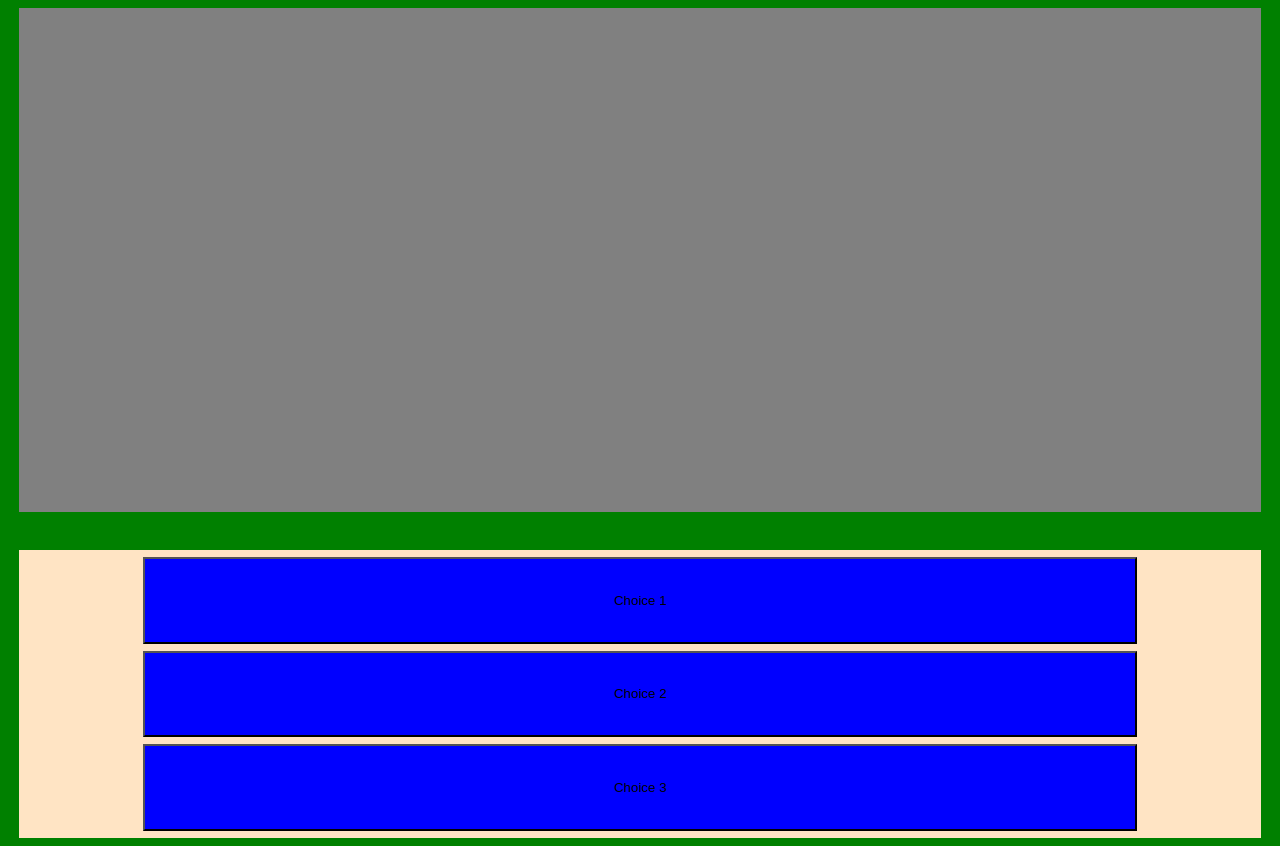
Repository: nguyenlejoe/Dynamic_notSoSherlock
Page: MultiChoice/MultiChoice.html
An editor plug-in stored every save of this project. The page is shown before and after the next save, followed by the edit.
The browser window is 1280 px wide. The pictures show the whole page.

Above is the page before, as saved 2020-03-05 18:44:50.

After the next save:
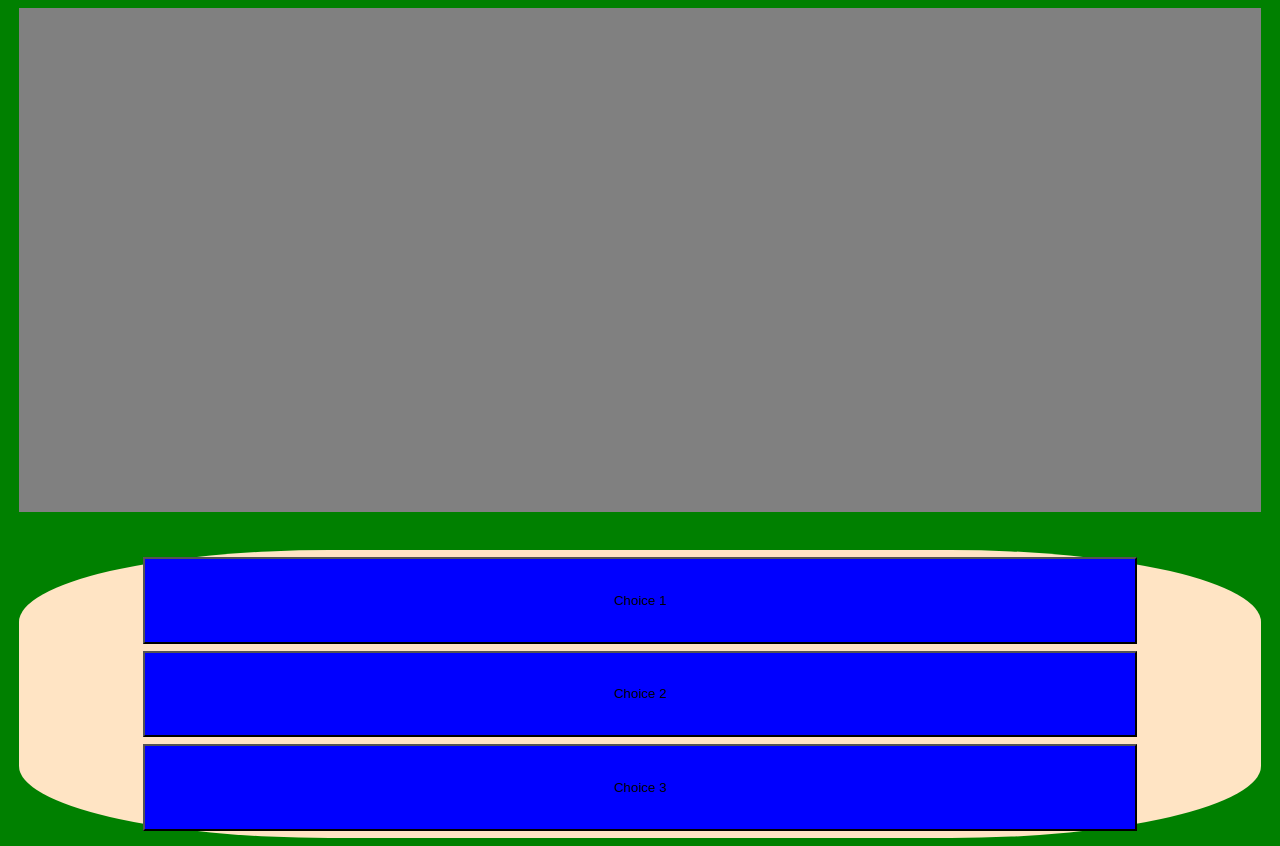
Saved 45 s later.
--- a/MultiChoice/MultiChoice.css
+++ b/MultiChoice/MultiChoice.css
@@ -24,6 +24,7 @@
     justify-content: space-evenly;
     justify-items: center;
     align-items: center;
+    border-radius: 25%;
 }
 
 .InductiveChoice{

After the save that followed:
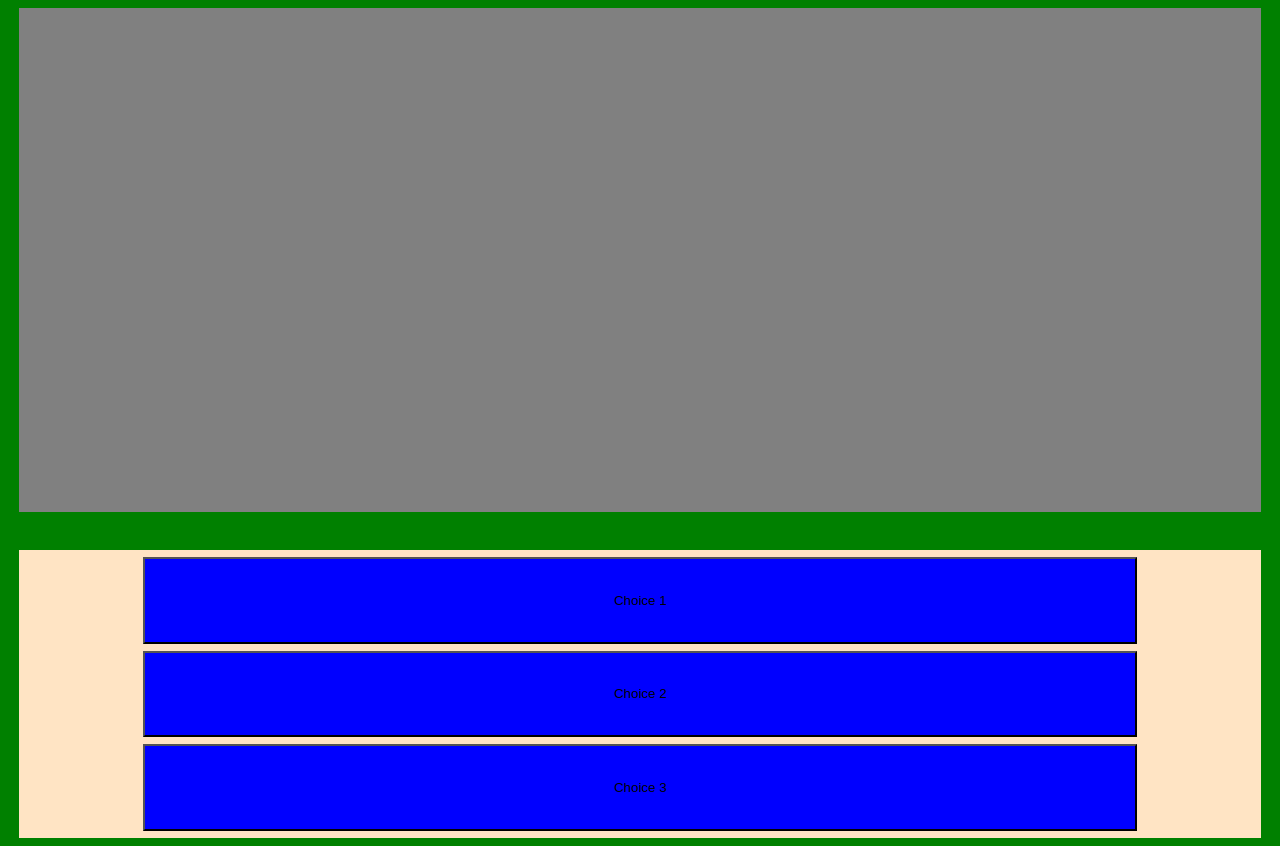
Saved 4 s later.
--- a/MultiChoice/MultiChoice.css
+++ b/MultiChoice/MultiChoice.css
@@ -24,7 +24,6 @@
     justify-content: space-evenly;
     justify-items: center;
     align-items: center;
-    border-radius: 25%;
 }
 
 .InductiveChoice{
